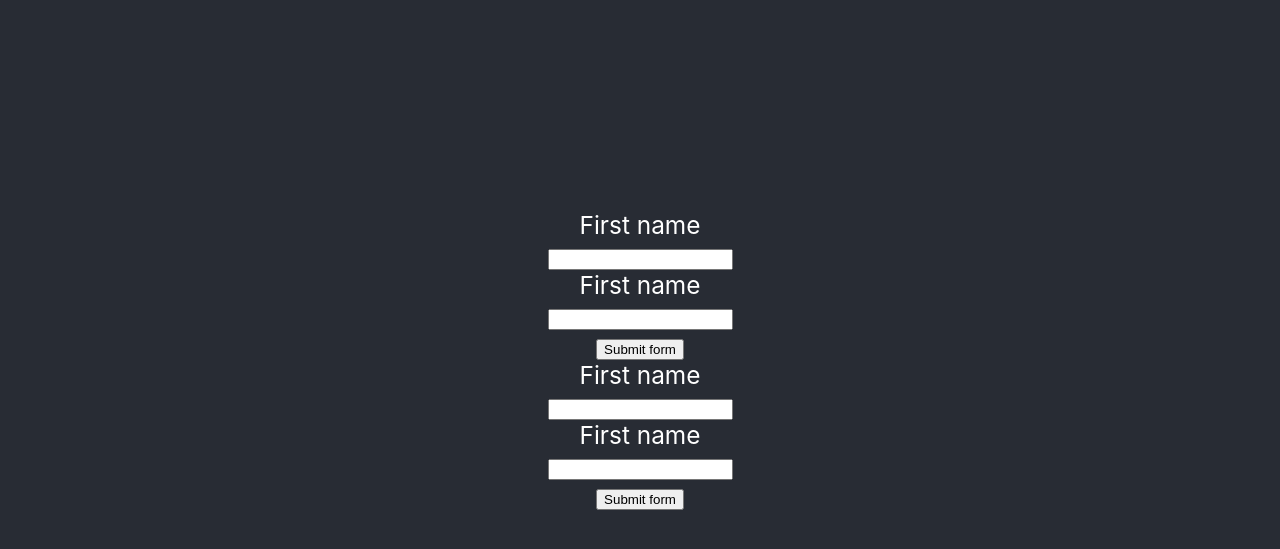
Repository: congbnvn0709/react-tutorial
Page: / (app in to-do-app/)
These files come from the project's save history. The page is drawn as it stood at one moment and after the next save; the edit follows.
The browser window is 1280 px wide. The pictures show the whole page.
The project was rebuilt for these pictures with package versions that can differ from the ones it lists, and the page was loaded fresh each time.

Above is the page before, as saved 2023-02-18 20:48:37.

### to-do-app/src/index.js
import React from 'react';
import ReactDOM from 'react-dom/client';
import './index.css';
import reportWebVitals from './reportWebVitals';
import App from './views/App';

const root = ReactDOM.createRoot(document.getElementById('root'));
root.render(
  <React.StrictMode>
    <App />
  </React.StrictMode>
);

// If you want to start measuring performance in your app, pass a function
// to log results (for example: reportWebVitals(console.log))
// or send to an analytics endpoint. Learn more: https://bit.ly/CRA-vitals
reportWebVitals();

### to-do-app/src/views/App.js
import './App.scss';
import Example from './Example/Example';

function App() {
  return (
    <div className="App">
      <header className="App-header">
        <Example />
      </header>
    </div>
  );
}

export default App;

### to-do-app/src/views/Example/Example.js
import React from "react";
import ChildComponent from "./ChildComponent";

class Example extends React.Component {
    state = {
        firtName: '',
        lastName: ''
    }
    handleSubmit = (event) => {
        event.preventDefault();
        console.log(this.state);
    }
    handleChangeFirstName = (event) => {
        this.setState({
            firtName: event.target.value
        })
    }
    handleChangeLastName = (event) => {
        this.setState({
            lastName: event.target.value
        })
    }
    render() {
        return <>
            <form>
                <label>First name</label><br />
                <input type='text' value={this.state.firtName} onChange={(event) => this.handleChangeFirstName(event)} /><br />
                <label>First name</label><br />
                <input type='text' value={this.state.lastName} onChange={(event) => this.handleChangeLastName(event)} /> <br />
                <button onClick={(event) => this.handleSubmit(event)}>Submit form</button>
            </form>
            <ChildComponent name={'one'} />
        </>
    }
}
export default Example

### to-do-app/src/views/Example/ChildComponent.js
import React from "react";

class ChildComponent extends React.Component {
    state = {
        firtName: '',
        lastName: ''
    }
    handleSubmit = (event) => {
        event.preventDefault();
        console.log(this.state);
    }
    handleChangeFirstName = (event) => {
        this.setState({
            firtName: event.target.value
        })
    }
    handleChangeLastName = (event) => {
        this.setState({
            lastName: event.target.value
        })
    }
    render() {
        return <>
            <form>
                <label>First name</label><br />
                <input type='text' value={this.state.firtName} onChange={(event) => this.handleChangeFirstName(event)} /><br />
                <label>First name</label><br />
                <input type='text' value={this.state.lastName} onChange={(event) => this.handleChangeLastName(event)}/> <br />
                <button  onClick={(event)=>this.handleSubmit(event)}>Submit form</button>
            </form>
        </>
    }
}
export default ChildComponent

Loaded but not shown: to-do-app/public/index.html (common file); to-do-app/src/index.css (common file); to-do-app/src/reportWebVitals.js (common file); to-do-app/src/views/App.scss (common file)

After the next save:
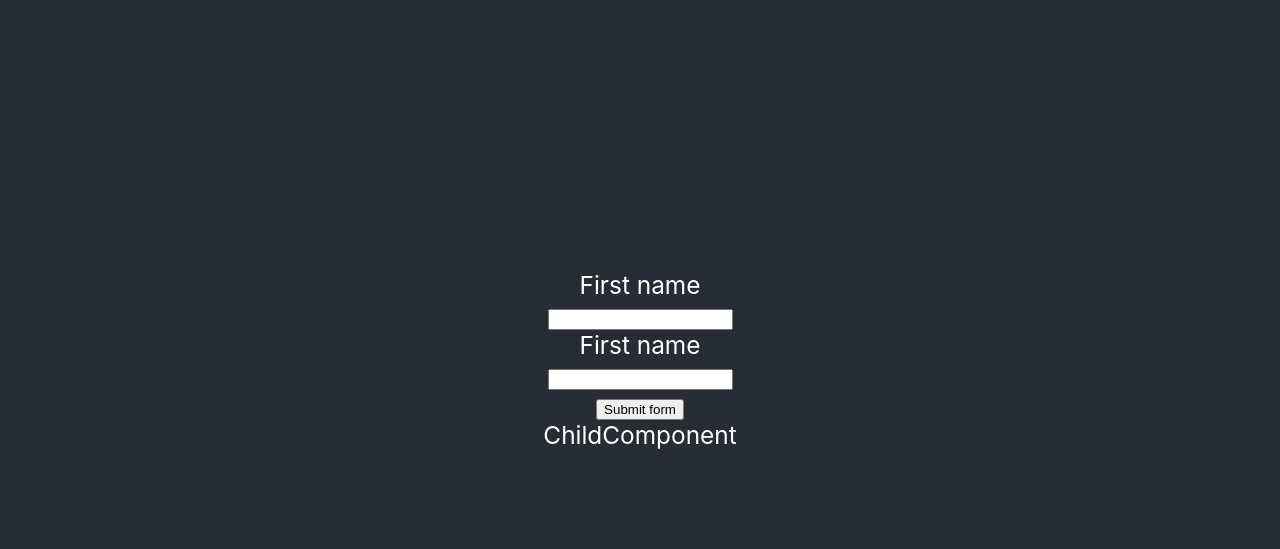
Saved 14 s later.
--- a/to-do-app/src/views/Example/ChildComponent.js
+++ b/to-do-app/src/views/Example/ChildComponent.js
@@ -1,33 +1,10 @@
 import React from "react";
 
 class ChildComponent extends React.Component {
-    state = {
-        firtName: '',
-        lastName: ''
-    }
-    handleSubmit = (event) => {
-        event.preventDefault();
-        console.log(this.state);
-    }
-    handleChangeFirstName = (event) => {
-        this.setState({
-            firtName: event.target.value
-        })
-    }
-    handleChangeLastName = (event) => {
-        this.setState({
-            lastName: event.target.value
-        })
-    }
+
     render() {
         return <>
-            <form>
-                <label>First name</label><br />
-                <input type='text' value={this.state.firtName} onChange={(event) => this.handleChangeFirstName(event)} /><br />
-                <label>First name</label><br />
-                <input type='text' value={this.state.lastName} onChange={(event) => this.handleChangeLastName(event)}/> <br />
-                <button  onClick={(event)=>this.handleSubmit(event)}>Submit form</button>
-            </form>
+           ChildComponent
         </>
     }
 }
